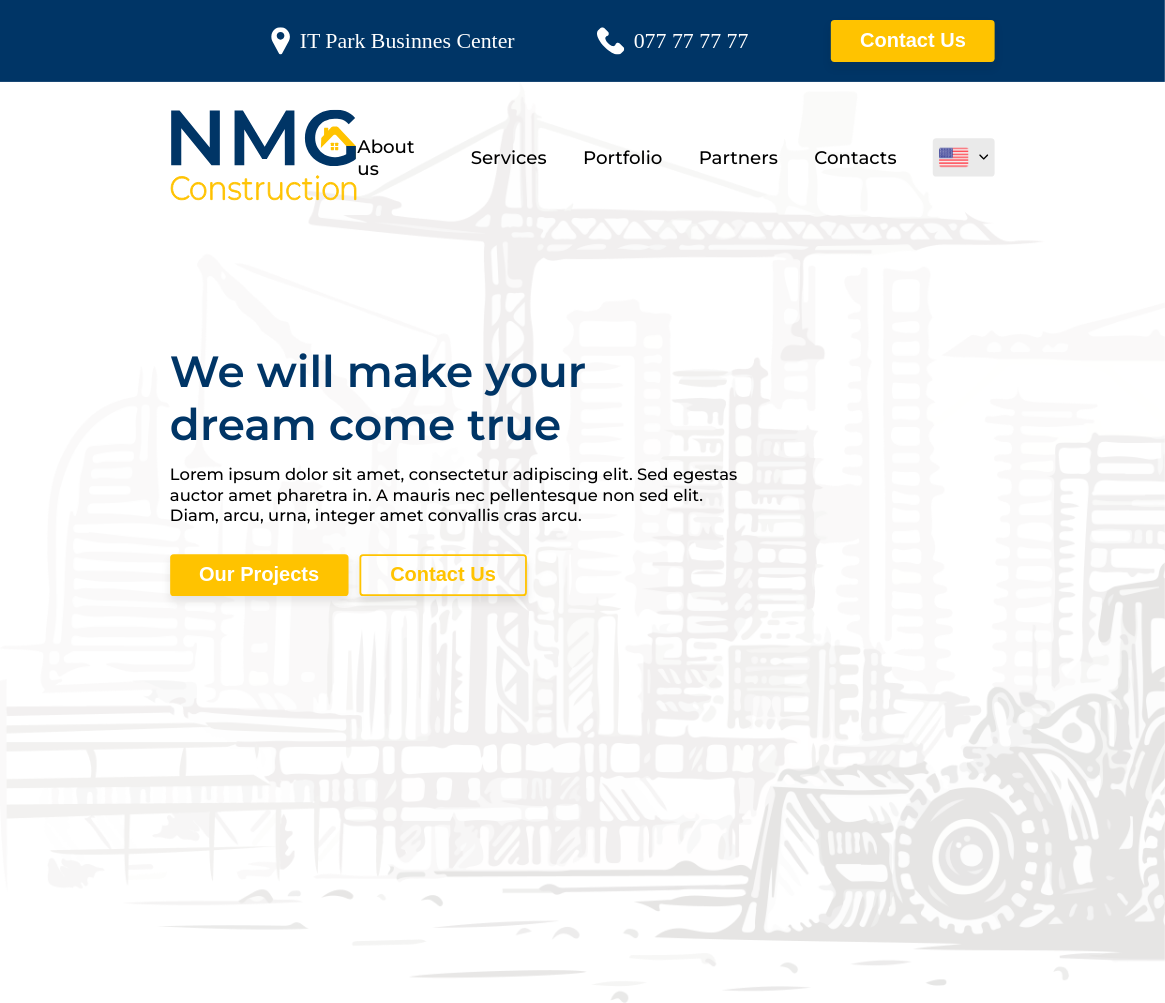
Repository: Lia1986/NMG-nuxt-project
Page: /
An editor plug-in stored every save of this project. The page is shown before and after a run of saves, followed by the edit.
The browser window is 1280 px wide. The pictures show the whole page, at 91% of full size.
The project was rebuilt for these pictures with package versions that can differ from the ones it lists, and the page was loaded fresh each time. The framework's server and built-in components were replaced by stand-ins that run in the browser. Also part of the build but not shown: nuxt.config.js, components/ContactUs.vue, components/Partners.vue, components/Portfolio.vue, components/Services.vue, components/Tutorial.vue.

Above is the page before, as saved 2022-08-17 17:07:41.

After the next 3 saves:
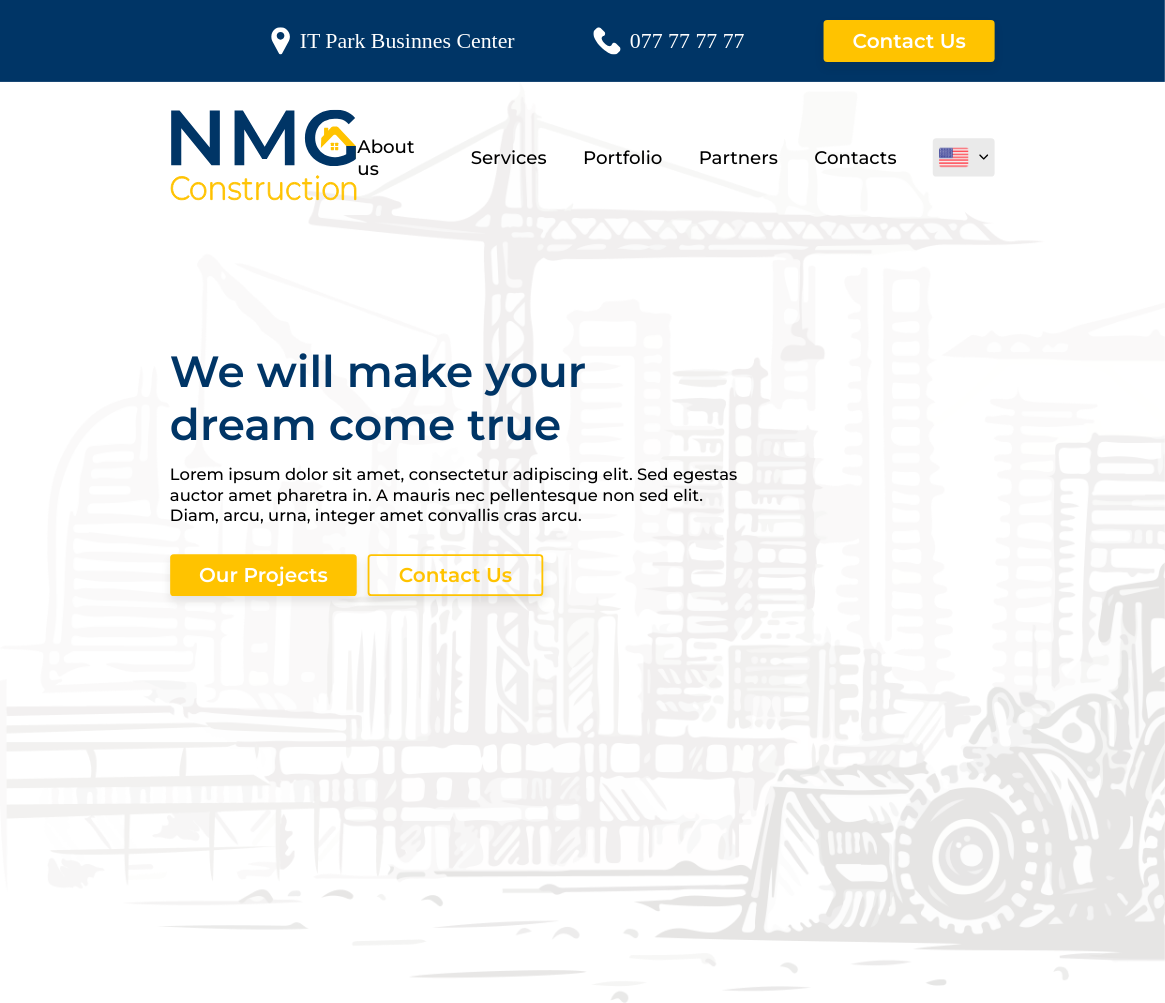
The 3 saves are shown as one change because 1 did not build or start and some came seconds apart.
The last was saved 20 s later.
--- a/assets/css/main.scss
+++ b/assets/css/main.scss
@@ -55,7 +55,7 @@ $bRadius: 4px;
   background: $yellowMain;
   color: $white;
   font-weight: 600;
-
+  font-family: $font600;
   font-size: 22px;
   box-shadow: 0px 6px 10px rgba(28, 26, 19, 0.1);
   border-radius: $bRadius;
